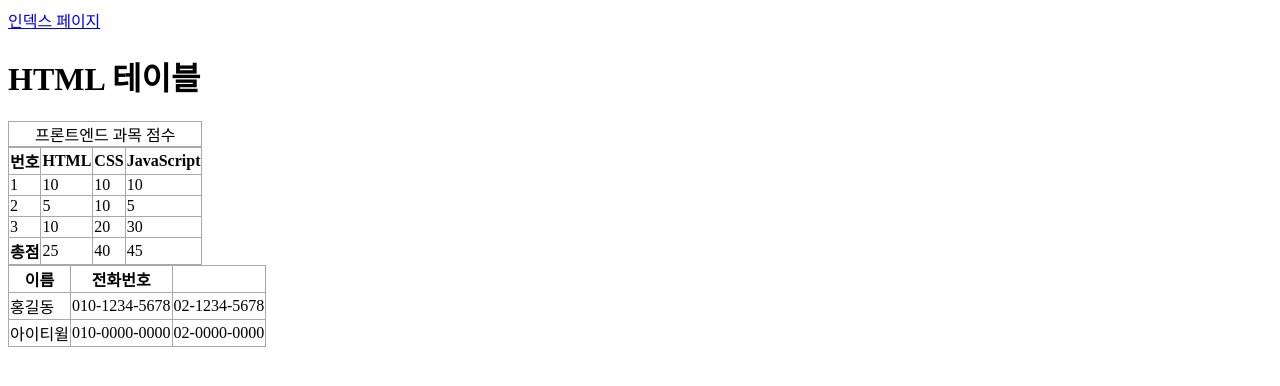
Repository: Sid0130/HTML
Page: lab-web/lab01_html/src/main/webapp/table.html
These files come from the project's save history. The page is drawn as it stood at one moment and after the next save; the edit follows.
The browser window is 1280 px wide. The pictures show the whole page.

Above is the page before, as saved 2024-12-03 07:51:14.

After the next save:
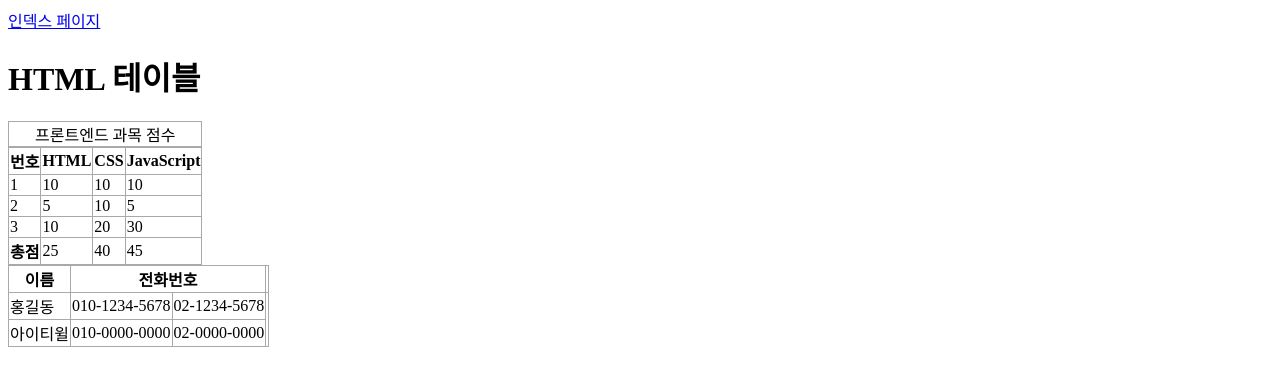
Saved 11 s later.
--- a/lab-web/lab01_html/src/main/webapp/table.html
+++ b/lab-web/lab01_html/src/main/webapp/table.html
@@ -62,7 +62,7 @@
             <thead>
                 <tr>
                     <th>이름</th>
-                    <th colspan="1">전화번호</th>
+                    <th colspan="2">전화번호</th>
                     <th></th>
                 </tr>
             </thead>

After the save that followed:
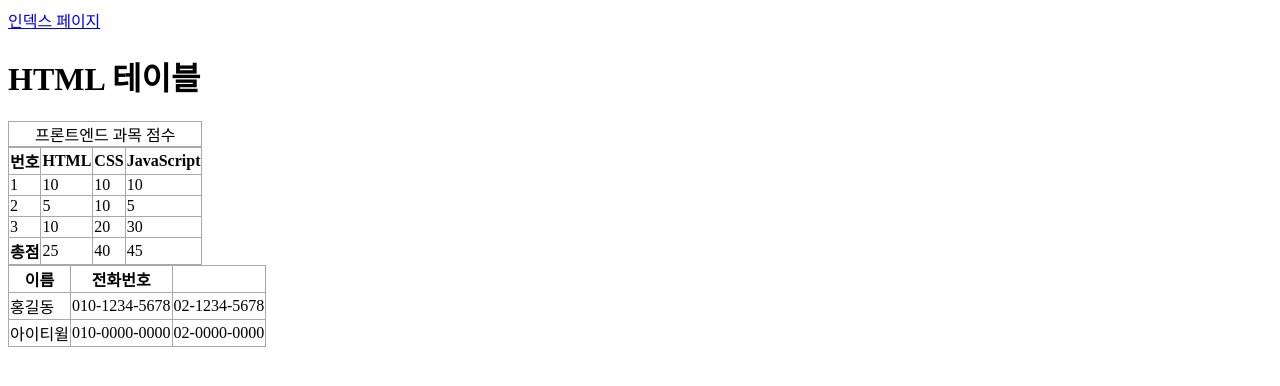
Saved 19 s later.
--- a/lab-web/lab01_html/src/main/webapp/table.html
+++ b/lab-web/lab01_html/src/main/webapp/table.html
@@ -62,8 +62,8 @@
             <thead>
                 <tr>
                     <th>이름</th>
-                    <th colspan="2">전화번호</th>
-                    <th></th>
+                    <th >전화번호</th>
+                    <th colspan="1"></th>
                 </tr>
             </thead>
             <tbody>
